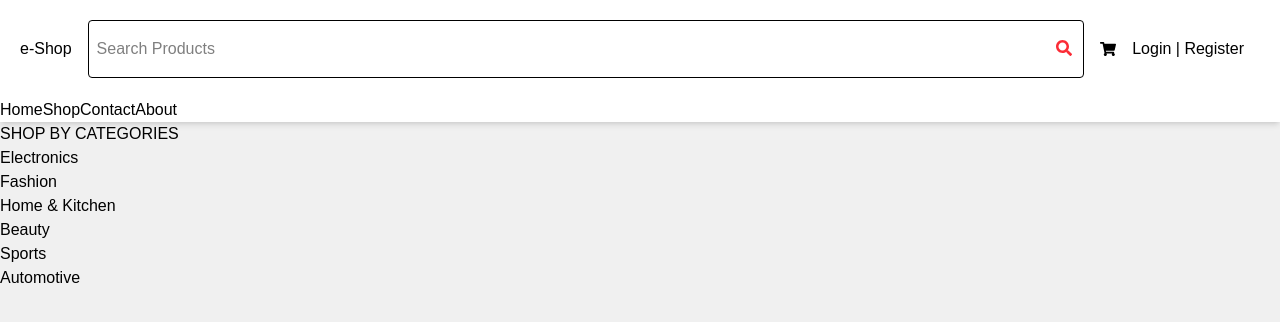
Repository: EmmyDunny1/frontend-ecommerce
Page: /
These files come from the project's save history. The page is drawn as it stood at one moment and after a run of saves; the edit follows.
The browser window is 1280 px wide. The pictures show the whole page.
The project was rebuilt for these pictures with package versions that can differ from the ones it lists, and the page was loaded fresh each time. Also part of the build but not shown: vite.config.js.

Above is the page before, as saved 2025-05-09 12:48:42.

After the next 2 saves:
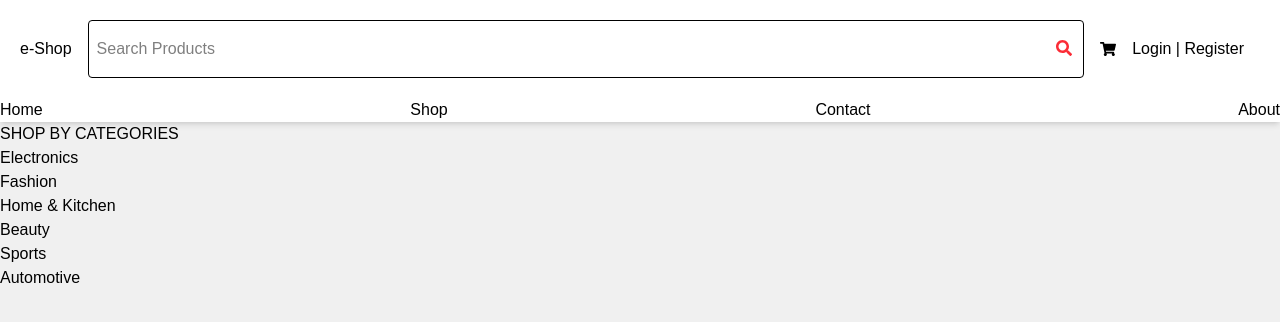
The 2 saves are shown as one change because they came seconds apart.
The last was saved 6 s later.
--- a/src/components/Navbar.jsx
+++ b/src/components/Navbar.jsx
@@ -23,7 +23,7 @@ const Navbar = () => {
       </div>
 
       {/* Navigation header */}
-      <div className='flex items-center jus'>
+      <div className='flex items-center justify-between'>
         <Link to='/' className='hover:underline'>Home </Link>
         <Link to='/' className='hover:underline'>Shop </Link>
         <Link to='/' className='hover:underline'>Contact </Link>
